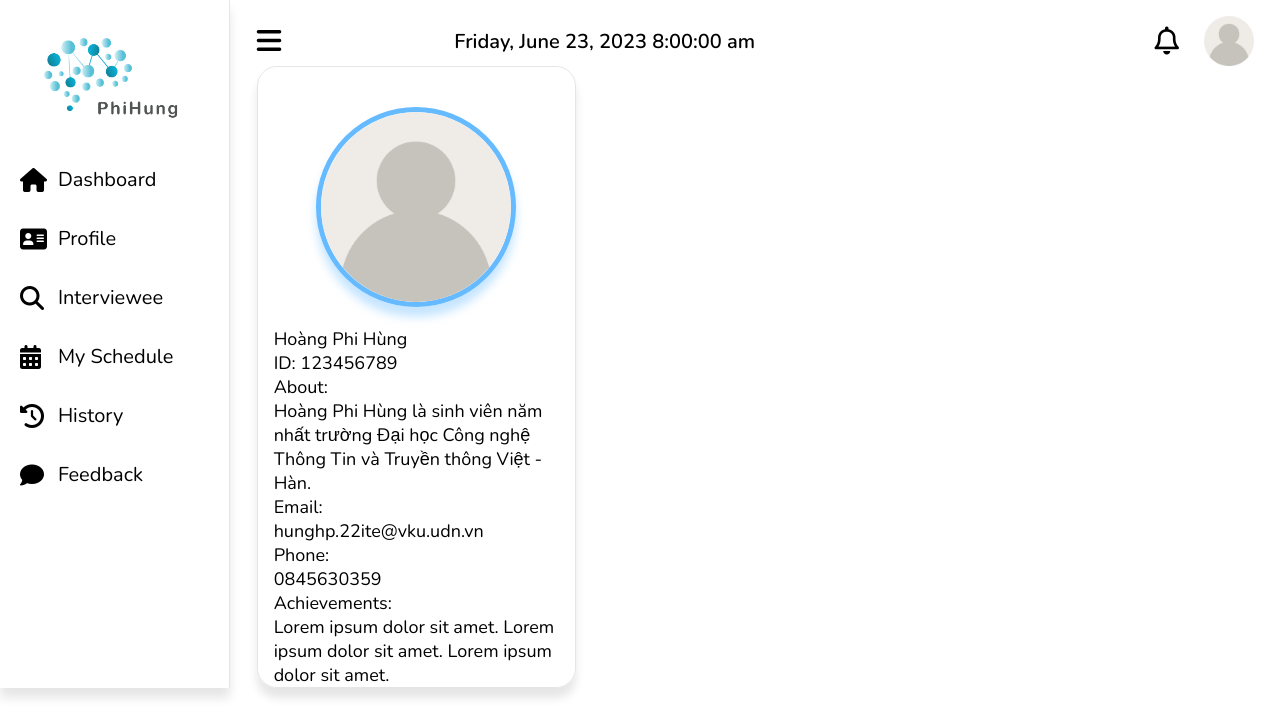
Repository: hphihungit/InterviewService
Page: interviewee.html
These files come from the project's save history. The page is drawn as it stood at one moment and after the next save; the edit follows.
The browser window is 1280 px wide. The pictures show the whole page.

Above is the page before, as saved 2023-05-31 23:27:30.

### interviewee.html
<!DOCTYPE html>
<html lang="en">
<head>
    <meta charset="UTF-8">
    <meta http-equiv="X-UA-Compatible" content="IE=edge">
    <meta name="viewport" content="width=device-width, initial-scale=1.0">
    <title>Document</title>
    <link rel="stylesheet" href="assets/css/grid.css">
    <link rel="stylesheet" href="assets/css/base.css">
    <link rel="stylesheet" href="https://cdnjs.cloudflare.com/ajax/libs/font-awesome/6.4.0/css/all.min.css" integrity="sha512-iecdLmaskl7CVkqkXNQ/ZH/XLlvWZOJyj7Yy7tcenmpD1ypASozpmT/E0iPtmFIB46ZmdtAc9eNBvH0H/ZpiBw==" crossorigin="anonymous" referrerpolicy="no-referrer"/>
    <link rel="preconnect" href="https://fonts.googleapis.com">
    <link rel="preconnect" href="https://fonts.gstatic.com" crossorigin>
    <link href="https://fonts.googleapis.com/css2?family=Nunito:wght@200;300;400;500;600;700;800;900;1000&display=swap" rel="stylesheet">
    <link rel="stylesheet" href="assets/css/interviewee.css">
</head>
<body>
    <div id="main">
        <div class="dashboard">
            <div class="dashboard__logo"></div>
            <ul class="dashboard__list">
                <li class="dashboard__item">
                    <a href="" class="icon__link">
                        <i class="fa-solid fa-house"></i>
                    </a>
                    <a href="" class="link">Dashboard</a>
                </li>
                <li class="dashboard__item">
                    <a href="" class="icon__link">
                        <i class="fa-solid fa-address-card"></i>
                    </a>
                    <a href="" class="link">Profile</a>
                </li>
                <li class="dashboard__item">
                    <a href="" class="icon__link">
                        <i class="fa-solid fa-magnifying-glass"></i>
                    </a>
                    <a href="" class="link">Interviewee</a>
                </li>
                <li class="dashboard__item">
                    <a href="" class="icon__link">
                        <i class="fa-solid fa-calendar-days"></i>
                    </a>
                    <a href="" class="link">My Schedule</a>
                </li>
                <li class="dashboard__item">
                    <a href="" class="icon__link">
                        <i class="fa-solid fa-clock-rotate-left"></i>
                    </a>
                    <a href="" class="link">History</a>
                </li>
                <li class="dashboard__item">
                    <a href="" class="icon__link">
                        <i class="fa-solid fa-comment"></i>
                    </a>
                    <a href="" class="link">Feedback</a>
                </li>
            </ul>
        </div>

        <div class="container">
            <div class="header">
                <div class="header__icon">
                    <label class="fa-solid fa-bars header__label"></label>
                    <div class="header__time">
                        Friday, June 23, 2023 8:00:00 am
                    </div>
                </div>

                <div class="header__news">
                    <label class="fa-regular fa-bell header__label--bell"></label>
                    <div class="header__avatar">
                        <img src="assets/img/user.png" alt="">
                    </div>
                </div>
            </div>

            <div class="about">
                <div class="cv">
                    <div class="cv__avatar">
                        <img src="assets/img/user.png" alt="">
                    </div>

                    <div class="cv__name">
                        <p class="cv__name--interviewee">Hoàng Phi Hùng</p>
                        <p class="cv__id">ID: 123456789</p>
                    </div>

                    <div class="cv__about">
                        <p class="cv__about--title">About: </p>
                        <p class="cv__about--content">
                            Hoàng Phi Hùng là sinh viên năm nhất trường Đại học Công nghệ Thông Tin và Truyền thông Việt - Hàn.
                        </p>
                    </div>

                    <div class="cv__email">
                        <p class="cv__email--title">Email: </p>
                        <p class="cv__email--content">hunghp.22ite@vku.udn.vn</p>
                    </div>

                    <div class="cv__phone">
                        <p class="cv__phone--title">Phone: </p>
                        <p class="cv__phone--content">0845630359</p>
                    </div>

                    <div class="cv__info">
                        <p class="cv__info--title">Achievements: </p>
                        <p class="cv__info--content">
                            Lorem ipsum dolor sit amet.
                            Lorem ipsum dolor sit amet.
                            Lorem ipsum dolor sit amet.
                        </p>
                    </div>
                </div>

                <div class="info">

                </div>
            </div>
        </div>
    </div>
</body>
</html>

### assets/css/grid.css
.grid {
    width: 90%;
    display: block;
    padding: 0;
    margin: 0 auto;
}

.row {
    display: flex;
    flex-wrap: wrap;
    margin-left: -4px;
    margin-right: -4px;
}

.row.no-gutters {
    margin-left: 0;
    margin-right: 0;
}

.col {
    padding-left: 4px;
    padding-right: 4px;
}

.row.no-gutters .col {
    padding-left: 0;
    padding-right: 0;
}

.c-0 {
    display: none;
}

.c-1 {
    flex: 0 0 8.33333%;
    max-width: 8.33333%;
}

.c-2 {
    flex: 0 0 16.66667%;
    max-width: 16.66667%;
}

.c-3 {
    flex: 0 0 25%;
    max-width: 25%;
}

.c-4 {
    flex: 0 0 33.33333%;
    max-width: 33.33333%;
}

.c-5 {
    flex: 0 0 41.66667%;
    max-width: 41.66667%;
}

.c-6 {
    flex: 0 0 50%;
    max-width: 50%;
}

.c-7 {
    flex: 0 0 58.33333%;
    max-width: 58.33333%;
}

.c-8 {
    flex: 0 0 66.66667%;
    max-width: 66.66667%;
}

.c-9 {
    flex: 0 0 75%;
    max-width: 75%;
}

.c-10 {
    flex: 0 0 83.33333%;
    max-width: 83.33333%;
}

.c-11 {
    flex: 0 0 91.66667%;
    max-width: 91.66667%;
}

.c-12 {
    flex: 0 0 100%;
    max-width: 100%;
}

.c-o-1 {
    margin-left: 8.33333%;
}

.c-o-2 {
    margin-left: 16.66667%;
}

.c-o-3 {
    margin-left: 25%;
}

.c-o-4 {
    margin-left: 33.33333%;
}

.c-o-5 {
    margin-left: 41.66667%;
}

.c-o-6 {
    margin-left: 50%;
}

.c-o-7 {
    margin-left: 58.33333%;
}

.c-o-8 {
    margin-left: 66.66667%;
}

.c-o-9 {
    margin-left: 75%;
}

.c-o-10 {
    margin-left: 83.33333%;
}

.c-o-11 {
    margin-left: 91.66667%;
}

/* >= Tablet */
@media (min-width: 740px) {
    .row {
        margin-left: -8px;
        margin-right: -8px;
    }

    .col {
        padding-left: 8px;
        padding-right: 8px;
    }

    .m-0 {
        display: none;
    }

    .m-1,
    .m-2,
    .m-3,
    .m-4,
    .m-5,
    .m-6,
    .m-7,
    .m-8,
    .m-9,
    .m-10,
    .m-11,
    .m-12 {
        display: block;
    }

    .m-1 {
        flex: 0 0 8.33333%;
        max-width: 8.33333%;
    }

    .m-2 {
        flex: 0 0 16.66667%;
        max-width: 16.66667%;
    }

    .m-3 {
        flex: 0 0 25%;
        max-width: 25%;
    }

    .m-4 {
        flex: 0 0 33.33333%;
        max-width: 33.33333%;
    }

    .m-5 {
        flex: 0 0 41.66667%;
        max-width: 41.66667%;
    }

    .m-6 {
        flex: 0 0 50%;
        max-width: 50%;
    }

    .m-7 {
        flex: 0 0 58.33333%;
        max-width: 58.33333%;
    }

    .m-8 {
        flex: 0 0 66.66667%;
        max-width: 66.66667%;
    }

    .m-9 {
        flex: 0 0 75%;
        max-width: 75%;
    }

    .m-10 {
        flex: 0 0 83.33333%;
        max-width: 83.33333%;
    }

    .m-11 {
        flex: 0 0 91.66667%;
        max-width: 91.66667%;
    }

    .m-12 {
        flex: 0 0 100%;
        max-width: 100%;
    }

    .m-o-1 {
        margin-left: 8.33333%;
    }

    .m-o-2 {
        margin-left: 16.66667%;
    }

    .m-o-3 {
        margin-left: 25%;
    }

    .m-o-4 {
        margin-left: 33.33333%;
    }

    .m-o-5 {
        margin-left: 41.66667%;
    }

    .m-o-6 {
        margin-left: 50%;
    }

    .m-o-7 {
        margin-left: 58.33333%;
    }

    .m-o-8 {
        margin-left: 66.66667%;
    }

    .m-o-9 {
        margin-left: 75%;
    }

    .m-o-10 {
        margin-left: 83.33333%;
    }

    .m-o-11 {
        margin-left: 91.66667%;
    }
}

/* PC medium resolution > */
@media (min-width: 1113px) {
    .row {
        margin-left: -12px;
        margin-right: -12px;
    }

    .row.sm-gutter {
        margin-left: -5px;
        margin-right: -5px;
    }

    .col {
        padding-left: 12px;
        padding-right: 12px;
    }

    .row.sm-gutter .col {
        padding-left: 5px;
        padding-right: 5px;
    }

    .l-0 {
        display: none;
    }

    .l-1,
    .l-2,
    .l-2-4,
    .l-3,
    .l-4,
    .l-5,
    .l-6,
    .l-7,
    .l-8,
    .l-9,
    .l-10,
    .l-11,
    .l-12 {
        display: block;
    }

    .l-1 {
        flex: 0 0 8.33333%;
        max-width: 8.33333%;
    }

    .l-2 {
        flex: 0 0 16.66667%;
        max-width: 16.66667%;
    }

    .l-2-4 {
        flex: 0 0 20%;
        max-width: 20%;
    }

    .l-3 {
        flex: 0 0 25%;
        max-width: 25%;
    }

    .l-4 {
        flex: 0 0 33.33333%;
        max-width: 33.33333%;
    }

    .l-5 {
        flex: 0 0 41.66667%;
        max-width: 41.66667%;
    }

    .l-6 {
        flex: 0 0 50%;
        max-width: 50%;
    }

    .l-7 {
        flex: 0 0 58.33333%;
        max-width: 58.33333%;
    }

    .l-8 {
        flex: 0 0 66.66667%;
        max-width: 66.66667%;
    }

    .l-9 {
        flex: 0 0 75%;
        max-width: 75%;
    }

    .l-10 {
        flex: 0 0 83.33333%;
        max-width: 83.33333%;
    }

    .l-11 {
        flex: 0 0 91.66667%;
        max-width: 91.66667%;
    }

    .l-12 {
        flex: 0 0 100%;
        max-width: 100%;
    }

    .l-o-1 {
        margin-left: 8.33333%;
    }

    .l-o-2 {
        margin-left: 16.66667%;
    }

    .l-o-3 {
        margin-left: 25%;
    }

    .l-o-4 {
        margin-left: 33.33333%;
    }

    .l-o-5 {
        margin-left: 41.66667%;
    }

    .l-o-6 {
        margin-left: 50%;
    }

    .l-o-7 {
        margin-left: 58.33333%;
    }

    .l-o-8 {
        margin-left: 66.66667%;
    }

    .l-o-9 {
        margin-left: 75%;
    }

    .l-o-10 {
        margin-left: 83.33333%;
    }

    .l-o-11 {
        margin-left: 91.66667%;
    }
}

/* Tablet - PC low resolution */
@media (min-width: 740px) and (max-width: 1023px) {
    .wide {
        width: 644px;
    }
}

/* > PC low resolution */
@media (min-width: 1024px) and (max-width: 1239px) {
    .wide {
        width: 984px;
    }

    .wide .row {
        margin-left: -12px;
        margin-right: -12px;
    }

    .wide .row.sm-gutter {
        margin-left: -5px;
        margin-right: -5px;
    }

    .wide .col {
        padding-left: 12px;
        padding-right: 12px;
    }

    .wide .row.sm-gutter .col {
        padding-left: 5px;
        padding-right: 5px;
    }

    .wide .l-0 {
        display: none;
    }

    .wide .l-1,
    .wide .l-2,
    .wide .l-2-4,
    .wide .l-3,
    .wide .l-4,
    .wide .l-5,
    .wide .l-6,
    .wide .l-7,
    .wide .l-8,
    .wide .l-9,
    .wide .l-10,
    .wide .l-11,
    .wide .l-12 {
        display: block;
    }

    .wide .l-1 {
        flex: 0 0 8.33333%;
        max-width: 8.33333%;
    }

    .wide .l-2 {
        flex: 0 0 16.66667%;
        max-width: 16.66667%;
    }

    .wide .l-2-4 {
        flex: 0 0 20%;
        max-width: 20%;
    }

    .wide .l-3 {
        flex: 0 0 25%;
        max-width: 25%;
    }

    .wide .l-4 {
        flex: 0 0 33.33333%;
        max-width: 33.33333%;
    }

    .wide .l-5 {
        flex: 0 0 41.66667%;
        max-width: 41.66667%;
    }

    .wide .l-6 {
        flex: 0 0 50%;
        max-width: 50%;
    }

    .wide .l-7 {
        flex: 0 0 58.33333%;
        max-width: 58.33333%;
    }

    .wide .l-8 {
        flex: 0 0 66.66667%;
        max-width: 66.66667%;
    }

    .wide .l-9 {
        flex: 0 0 75%;
        max-width: 75%;
    }

    .wide .l-10 {
        flex: 0 0 83.33333%;
        max-width: 83.33333%;
    }

    .wide .l-11 {
        flex: 0 0 91.66667%;
        max-width: 91.66667%;
    }

    .wide .l-12 {
        flex: 0 0 100%;
        max-width: 100%;
    }

    .wide .l-o-1 {
        margin-left: 8.33333%;
    }

    .wide .l-o-2 {
        margin-left: 16.66667%;
    }

    .wide .l-o-3 {
        margin-left: 25%;
    }

    .wide .l-o-4 {
        margin-left: 33.33333%;
    }

    .wide .l-o-5 {
        margin-left: 41.66667%;
    }

    .wide .l-o-6 {
        margin-left: 50%;
    }

    .wide .l-o-7 {
        margin-left: 58.33333%;
    }

    .wide .l-o-8 {
        margin-left: 66.66667%;
    }

    .wide .l-o-9 {
        margin-left: 75%;
    }

    .wide .l-o-10 {
        margin-left: 83.33333%;
    }

    .wide .l-o-11 {
        margin-left: 91.66667%;
    }
}

### assets/css/base.css
:root {
    --white-color: #fff;
    --black-color: #000;
    --blue-color : #40a9ff;
    --text-color: #8f8f8f;
    --scale: 1px;
}

* {
    padding: 0;
    margin: 0;
    box-sizing: border-box;
    text-decoration: none;
    list-style-type: none;
}

html, body {
    font-size: 18px;
    font-family: 'Nunito', sans-serif;
    scroll-behavior: smooth;
}

### assets/css/interviewee.css
#main {
    width: 100%;
    display: flex;
}

.dashboard {
    width: 18%;
    min-height: 0;
    border-right: 1px solid rgba(0, 0, 0, 0.1);
    box-shadow: 0 10px 10px rgba(0, 0, 0, 0.1);
}

.dashboard__logo {
    width: 100%;
    height: 150px;
    background-image: url('../img/logo.png');
    background-repeat: no-repeat;
    background-size: 50%;
    background-size: 62%;
    background-position: 50% 85%;
}

.dashboard__list {
    width: 100%;
}

.dashboard__item {
    border-radius: 25px 0 0 25px;
    display: flex;
    width: 100%;
    padding: 0px 20px;
}

.dashboard__item:hover {
    background-color: var(--blue-color);
}

.dashboard__item:hover .link,
.dashboard__item:hover .icon__link {
    color: #fff;
}

.icon__link {
    display: flex;
    align-items: center;
    width: 20%;
    font-size: 24px;
    color: #000;
}

.link {
    display: inline-block;
    width: 80%;
    font-size: 20px;
    padding: 16px 0px;
    color: #000;
}

.container {
    width: 82%;
}

.header {
    width: 95%;
    margin: 0 auto;
    display: flex;
    justify-content: space-between;
    margin-top: 16px;
}

.header__icon {
    width: 50%;
    display: flex;
    justify-content: space-between;
    align-items: center;
}

.header__label {
    font-size: 28px;
}

.header__time {
    font-size: 20px;
    font-weight: 600;
}

.header__news {
    width: 50%;
    display: flex;
    justify-content: flex-end;
    align-items: center;
}

.header__label--bell {
    font-size: 28px;
    position: relative;
}

.header__avatar {
    width: 15%;
    display: flex;
    justify-content: flex-end;
    align-items: center;
}

.header__avatar img {
    width: 50px;
    height: 50px;
}

.about {
    display: flex;
    width: 95%;
    margin: 0 auto;
    margin-top: 52ppx;
}

.cv {
    width: 32%;
    border: 1px solid rgba(0, 0, 0, 0.1);
    border-radius: 20px;
    box-shadow: 0 10px 10px rgba(0, 0, 0, 0.1);
    padding: 0px 16px;
}

.cv__avatar {
    width: 100%;
    display: flex;
    justify-content: center;
    align-items: center;
    padding: 20px 0px;
    padding-top: 40px;
}

.cv__avatar img {
    width: 200px;
    height: 200px;
    border: 5px solid rgba(64, 169, 255, 0.8);
    border-radius: 50%;
    box-shadow: 0 10px 10px rgba(64, 169, 255, 0.3);;
}

.cv__name,
.cv__about,
.cv__email,
.cv__phone,
.cv__info {
    width: 100%;
}

After the next save:
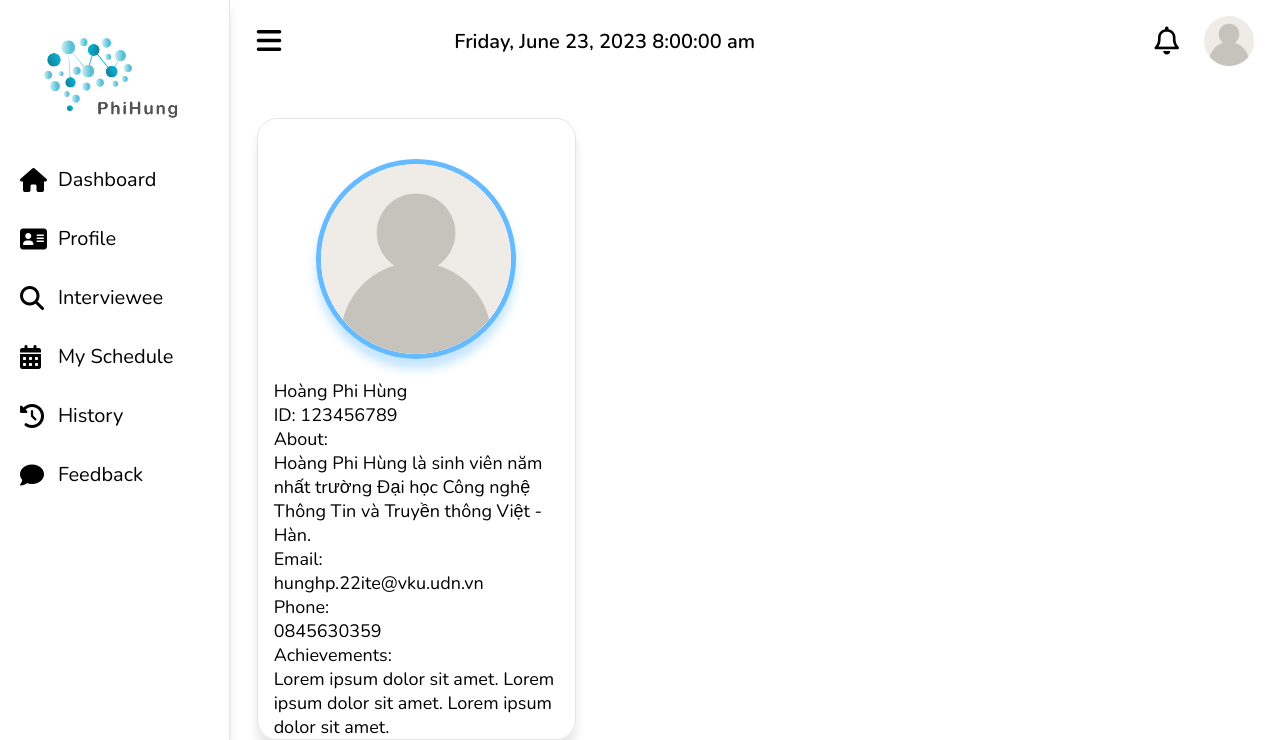
Saved 4 s later.
--- a/assets/css/interviewee.css
+++ b/assets/css/interviewee.css
@@ -112,7 +112,7 @@
     display: flex;
     width: 95%;
     margin: 0 auto;
-    margin-top: 52ppx;
+    margin-top: 52px;
 }
 
 .cv {
